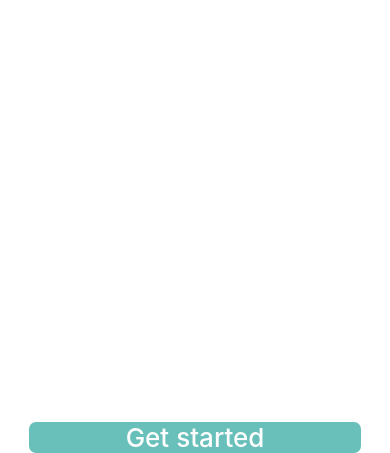
Repository: pheonixlegend/keleya
Screen: /Sign Up
The author's editor kept a copy of each file at every save. The screen is drawn from the files as they stood at one save, then again after the next save.
The pictures show rows 422 to 875 of an output 875 px tall.
The app was drawn by React Native's web renderer in a window 390 px wide. The project was rebuilt for these pictures with package versions that can differ from the ones it lists, and the page was loaded fresh each time.

Above is the screen before, as saved 2021-10-01 01:27:02.

### App.tsx
import { StatusBar } from 'expo-status-bar';
import React from 'react';
import { StyleSheet, Text, View } from 'react-native';
import Home from './screens/Home';
import { NavigationContainer } from '@react-navigation/native';
import AppStack from './routes/AppStack';

export default function App() {
  return (
    <NavigationContainer>
      <AppStack />
    </NavigationContainer>
  );
}

const styles = StyleSheet.create({
  container: {
    flex: 1,
    backgroundColor: '#fff',
    alignItems: 'center',
    justifyContent: 'center',
  },
});

### routes/AppStack.tsx
import { createStackNavigator } from '@react-navigation/stack';
import { Image } from 'react-native';
import Home from '../screens/Home';
import ImageHeader from '../components/ImageHeader';
import SignUp from '../screens/SignUp';
import React from 'react';
import { Entypo } from '@expo/vector-icons';

const Stack = createStackNavigator();
    const appStack = () => {
        return (
            <Stack.Navigator
                screenOptions={{
                headerShown: false,
                headerTransparent: true,
                headerStyle: {
                  },
                  headerBackTitleStyle: {
                      opacity: 0,
                  },
                  headerTintColor: 'transparent'
                }}
            >
                <Stack.Screen name="Home" component={Home} />
                <Stack.Screen
                    name="Sign Up"
                    component={SignUp}
                    options={{
                        headerShown: true,
                        headerBackImage: ()=>(<Entypo name='arrow-left' size={22}
                        color="#4a4a4a" style={{ paddingLeft: '20%', marginTop: '-10%' }} />)
                    }}
                />
            </Stack.Navigator>
        )
    }
export default appStack

### screens/Home.tsx
import { StatusBar } from 'expo-status-bar';
import React from 'react';
import { StyleSheet, Text, View, Button, Image, SafeAreaView, ImageBackground, TouchableOpacity } from 'react-native';
import { Global } from '../styles/Global'

const Home = ({navigation}: {navigation: any}) => {
  const pressHandler = () => {
    navigation.push("Sign Up")
  }

  return (
    <ImageBackground source={require('../assets/images/first-intro-image.png')} style={styles.backgroundImage} >

    <SafeAreaView style={Global.container}>
      <StatusBar backgroundColor={'transparent'} translucent/>

      <View style={styles.imageContainer}>
        <Image source={require('../assets/images/keleya-logo.png')} style={styles.image} resizeMode="contain" />
      </View>

      <View style={styles.centeredView}>
        <Text style={styles.subText}>For a fit and relaxed pregnancy</Text>
      </View>

      <View style={styles.buttonContainer}>
      <TouchableOpacity style={styles.customBtnBGBottom} onPress={pressHandler}>
        <Text style={styles.customBtnTextBottom}>Get started</Text>
      </TouchableOpacity>


      <TouchableOpacity style={styles.customBtnBGBottom2} onPress={pressHandler}>
        <Text style={styles.customBtnTextBottom2}>Or login</Text>
      </TouchableOpacity>
      </View>
    </SafeAreaView>

    </ImageBackground>
  )
}

const styles = StyleSheet.create({
  imageContainer: {
    justifyContent: 'center',
    alignItems: 'center',
    height: '20%'
  },

  backgroundImage: {
    flex: 1,
    width: undefined,
    height: undefined,
    resizeMode: 'cover'
  },

  centeredView: {
    justifyContent: 'center',
    alignItems: 'center'
  },

  image: {
    width: '23%',
    height: '100%'
  },

  subText: {
    textAlign: 'center',
    fontSize: 24,
    fontWeight: "500",
    marginTop: '-3%',
    width: '53%',
    color: "#4a4a4a"
  },

  buttonContainer: {
    flex: 1,
    alignItems: 'center',
    height: '12.4%',
  },

  customBtnBGBottom: {
    backgroundColor: "#69c0ba",
    borderRadius: 7,
    width: '85%',
    height: '6.2%',
    position: 'absolute',
    bottom: 0,
    marginBottom: '23%',
    justifyContent: 'center',
    alignItems: 'center',
  },

  customBtnBGBottom2: {
    backgroundColor: "transparent",
    borderRadius: 7,
    width: '85%',
    position: 'absolute',
    bottom: 0,
    marginBottom: '10%',
    justifyContent: 'center',
    alignItems: 'center',
  },

  customBtnTextBottom: {
    fontSize: 26,
    fontWeight: "500",
    color: "#fff",
    textAlign: "center"
  },

  customBtnTextBottom2: {
    fontSize: 21,
    fontWeight: "600",
    color: "#4a4a4a",
    textAlign: "center"
  }

});

export default Home

### screens/SignUp.tsx
import { StatusBar } from 'expo-status-bar';
import React from 'react';
import { StyleSheet, Text, View, Button, Image, SafeAreaView, ImageBackground, TouchableOpacity } from 'react-native';
import { Global } from '../styles/Global';
import ImageHeader from '../components/ImageHeader';

const SignUp = ({navigation}: {navigation: any}) => {
  const pressHandler = () => {
    navigation.push("Home")
  }

 return (
    <SafeAreaView style={Global.container}>
      <StatusBar backgroundColor={'transparent'} translucent/>
      <ImageHeader/>
      <View style={styles.centeredView}>
        <Text style={styles.subText}>Add your details below to set up an account</Text>

      </View>
      <View style={styles.buttonContainer}>
          <TouchableOpacity style={styles.customBtnBGBottom} onPress={pressHandler}>
            <Text style={styles.customBtnTextBottom}>Get started</Text>
          </TouchableOpacity>
      </View>


    </SafeAreaView>
  )
}

const styles = StyleSheet.create({

  centeredView: {
    flex: 2,
    justifyContent: 'flex-start',
    alignItems: 'center',
    backgroundColor: 'white',
    marginTop: '80%',
    paddingLeft: '10%',
    paddingRight: '10%'
  },

  subText: {
    textAlign: 'center',
    fontSize: 25,
    width: '90%',
    fontWeight: "300",
    color: "#4a4a4a"
  },

  buttonContainer: {
    alignItems: 'center',
    backgroundColor: 'white',
    width: '100%',
    bottom: 0
  },

  customBtnBGBottom: {
    backgroundColor: "#69c0ba",
    borderRadius: 7,
    width: '85%',
    position: 'absolute',
    justifyContent: 'center',
    alignItems: 'center',
  },

  customBtnTextBottom: {
    fontSize: 26,
    fontWeight: "500",
    color: "#fff",
    textAlign: "center"
  }

});

export default SignUp

### styles/Global.tsx
import { StyleSheet } from 'react-native';

export const Global = StyleSheet.create({
    container: {
        flex: 1,
        backgroundColor: 'transparent',
    }
})

### components/ImageHeader.tsx
import * as React from 'react';
import { Text, View, StyleSheet, Image, ImageBackground } from 'react-native';
import { Entypo } from '@expo/vector-icons';

export default function ImageHeader() {
  return (
      <Image source={require('../assets/images/authentication-background-image.jpg')} style={styles.image} resizeMode="cover">

    </Image>
  );
}

const styles = StyleSheet.create({
  image: {
    flex: 1,
    position: 'absolute',
    width: '100%',
    height: '50%'
  }
});

After the next save:
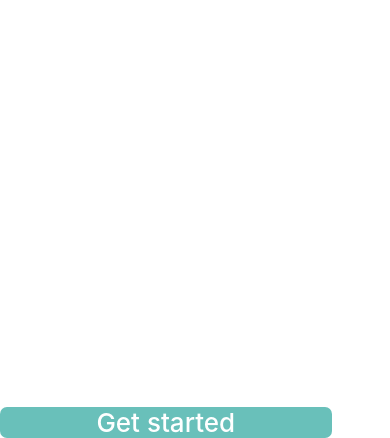
Saved 5 min 48 s later.
--- a/screens/SignUp.tsx
+++ b/screens/SignUp.tsx
@@ -49,6 +49,7 @@ const styles = StyleSheet.create({
   },
 
   buttonContainer: {
+    flexDirection:"row",
     alignItems: 'center',
     backgroundColor: 'white',
     width: '100%',
